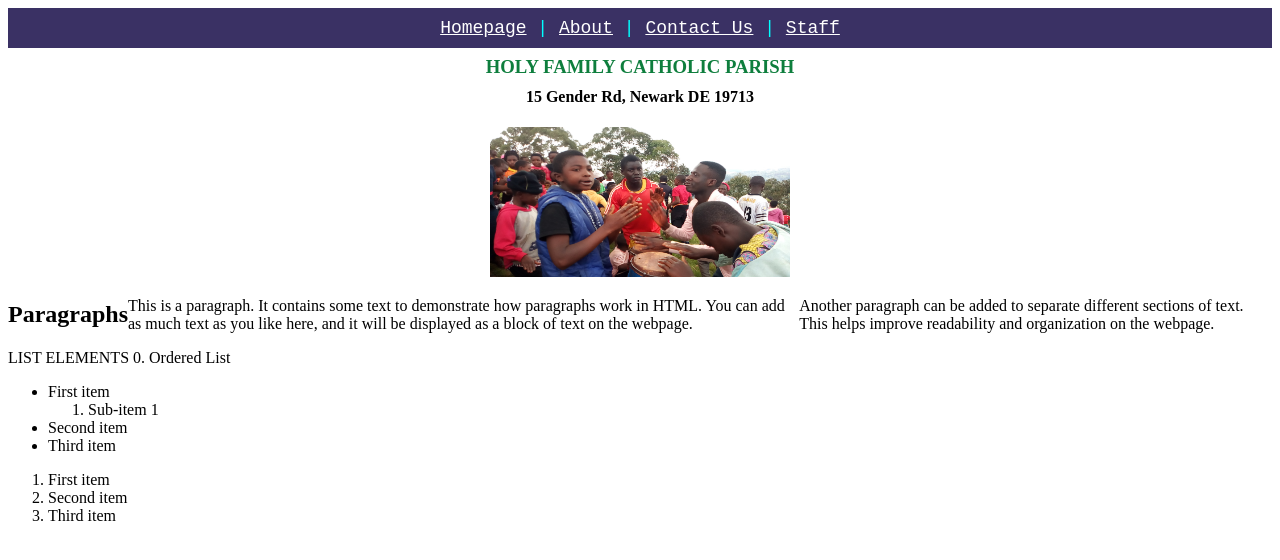
Repository: ficotims/HTML-RESTART
Page: Homepage.html
The author's editor kept a copy of each file at every save. The page is drawn from the files as they stood at one save, then again after the next save.
The browser window is 1280 px wide. The pictures show the whole page.

Above is the page before, as saved 2026-02-10 17:20:39.

### Homepage.html
<!doctype html>
<html lang="en">
  <head>
    <meta charset="UTF-8" />
    <meta name="viewport" content="width=device-width, initial-scale=1.0" />
    <title>HTML Crash course with Iman Musa</title>
    <link rel="stylesheet" href="Style 1.css"/>
  </head>
  <body>

    <!-- NAVIGATION SECTION -->
        <div style="background-color: rgb(58, 49, 100); padding: 10px; text-align: center; color: aqua; font-size: 18px; font-family: monospace, Lemon milk;">
    <a href="Homepage.html" target="_top" style="color: white;">Homepage</a> |
    <a href="about.html" style="color: white;">About</a> | <a href="Contact us.html" style="color: white;">Contact Us</a> |
    <a href="staff.html" style="color: white;">Staff</a>
     </div>

 <div style="text-align: center;">
    <h3><span style="color: rgb(14, 126, 61);"><div style="line-height: 0;">HOLY FAMILY CATHOLIC PARISH</b></span></h3>
    <H4>15 Gender Rd, Newark DE 19713</H4>
    <img
        src="images/Acension.jpg"
        alt="Catholic Church Logo"
        width="300"
        height="150"
      />
      </div>

      <section class="container">
          <h2>Paragraphs</h2>
          <p>This is a paragraph. It contains some text to demonstrate how paragraphs work in HTML. You can add as much text as you like here, and it will be displayed as a block of text on the webpage.</p>

          <p>Another paragraph can be added to separate different sections of text. This helps improve readability and organization on the webpage.</p>
        </div>
      </section>
    <!-- this is LIST -->
<hi2>LIST ELEMENTS</h2>

    0. Ordered List

    <ul>
      <li>First item</li>
      <ol><li>Sub-item 1</li></ol>
      <li>Second item</li>
      <li>Third item</li>
    </ul>

    <ol>
      <li>First item</li>
      <li>Second item</li>
      <li>Third item</li>
    </ol>
  </body>
</html>

### Style 1.css
.body1 {
    color: rgb(255, 249, 249);
    background-color: rgb(92, 113, 206);
    border-radius: 50px;
    font-size: 25px;
}

.flyout {
    border: none;
    background-color: lightgreen;
    color: rgb(0, 0, 0);
    padding: 20px;
    margin: 15px;
    height: 250px;
    width: 200px;
}

{
    margin: 0px;
    padding: px;
    box-sizing: border-box;
    font-family: Arial, Helvetica, sans-serif;
}

.container {
    display: flex;
    flex-direction: row;
    justify-content: space-around;
}

After the next save:
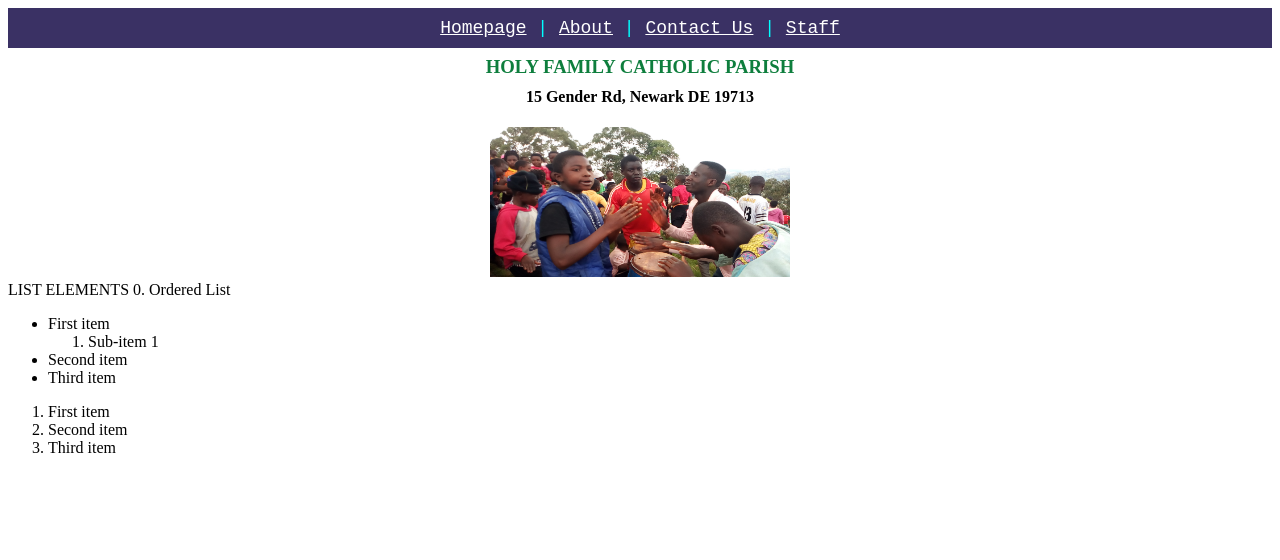
Saved 28 min 17 s later.
--- a/Homepage.html
+++ b/Homepage.html
@@ -26,13 +26,12 @@
       />
       </div>
 
-      <section class="container">
-          <h2>Paragraphs</h2>
-          <p>This is a paragraph. It contains some text to demonstrate how paragraphs work in HTML. You can add as much text as you like here, and it will be displayed as a block of text on the webpage.</p>
+      <div class="container">
+        <div class="profile-box">
 
-          <p>Another paragraph can be added to separate different sections of text. This helps improve readability and organization on the webpage.</p>
         </div>
-      </section>
+      </div>
+
     <!-- this is LIST -->
 <hi2>LIST ELEMENTS</h2>
 
